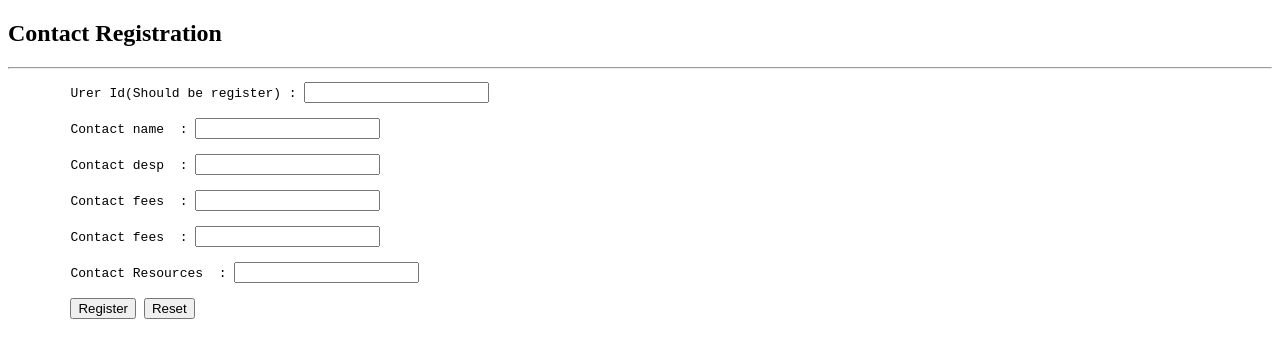
Repository: rathorea439/eLearning
Page: http://localhost/eLearing-springMVC/WEB-INF/views/add-contact.jsp
An editor plug-in stored every save of this project. The page is shown before and after the next save, followed by the edit.
The browser window is 1280 px wide. The pictures show the whole page.
The page is served by Tomcat 9. Nobody is signed in. The template is opened directly, without the code that normally fills it, so the values that code supplies are empty.

Above is the page before, as saved 2021-07-26 16:49:00.

After the next save:
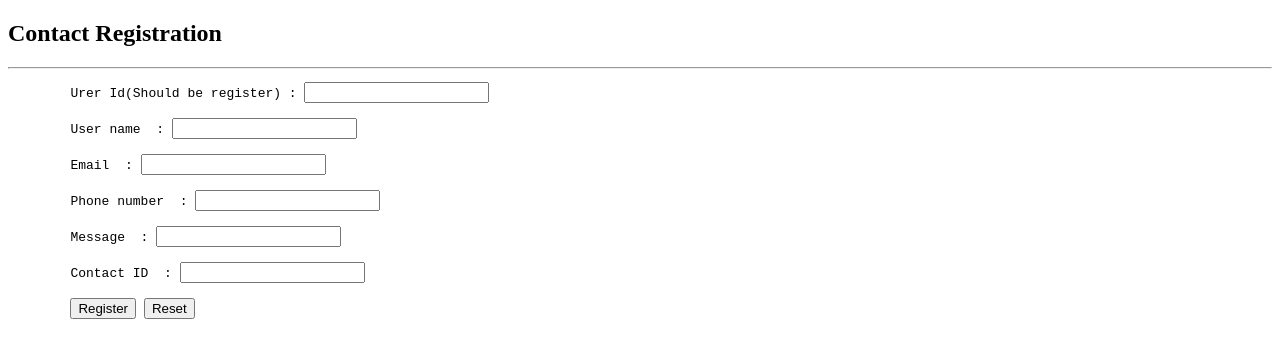
Saved 38 s later.
--- a/eLearing-springMVC/src/main/webapp/WEB-INF/views/add-contact.jsp
+++ b/eLearing-springMVC/src/main/webapp/WEB-INF/views/add-contact.jsp
@@ -13,11 +13,11 @@
 	<form:form action="register4" method="POST" modelAttribute="contact">
 		<pre>
         Urer Id(Should be register) : <form:input path="user_id" /><br>
-        Contact name  : <form:input path="name"/><br>
-        Contact desp  : <form:input path="email" /><br>
-        Contact fees  : <form:input path="phone_no" /><br>
-        Contact fees  : <form:input path="message" /><br>
-        Contact Resources  : <form:input path="contact_id" /><br>
+        User name  : <form:input path="name"/><br>
+        Email  : <form:input path="email" /><br>
+        Phone number  : <form:input path="phone_no" /><br>
+        Message  : <form:input path="message" /><br>
+        Contact ID  : <form:input path="contact_id" /><br>
         <input type="submit" value="Register" /> <input
 				type="reset" value="Reset" />
         </pre>
